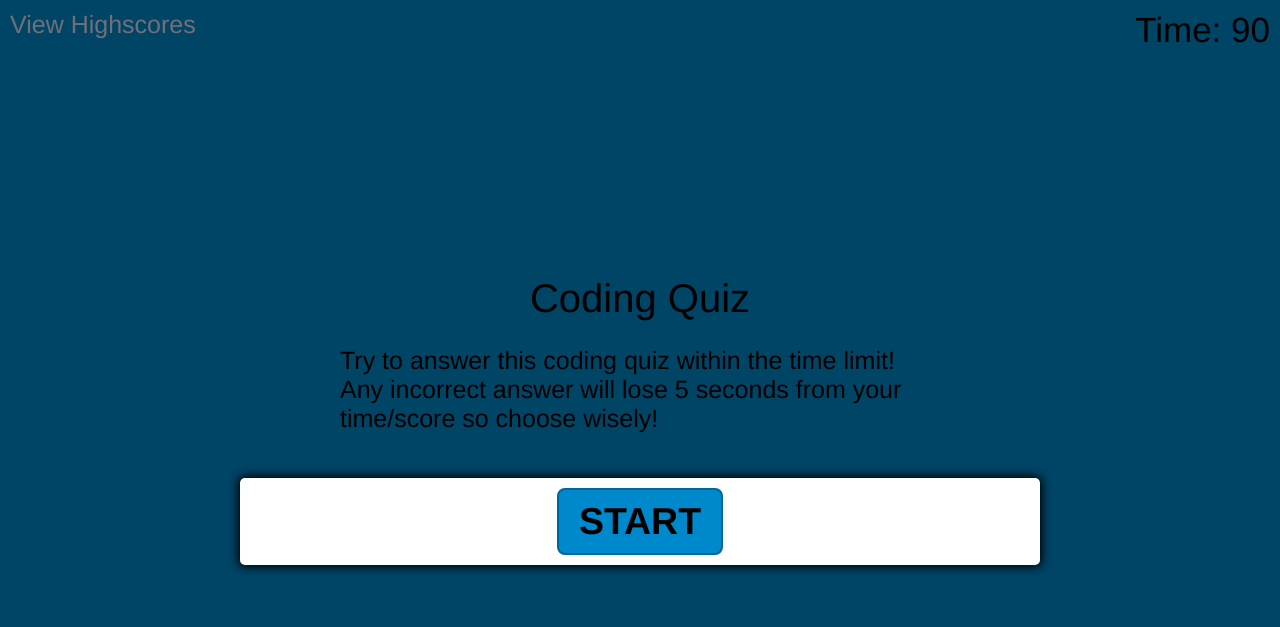
Repository: Vshepard879/Code-Quiz
Page: index.html
The author's editor kept a copy of each file at every save. The page is drawn from the files as they stood at one save, then again after the next save.
The browser window is 1280 px wide. The pictures show the whole page.

Above is the page before, as saved 2022-03-20 13:10:11.

After the next save:
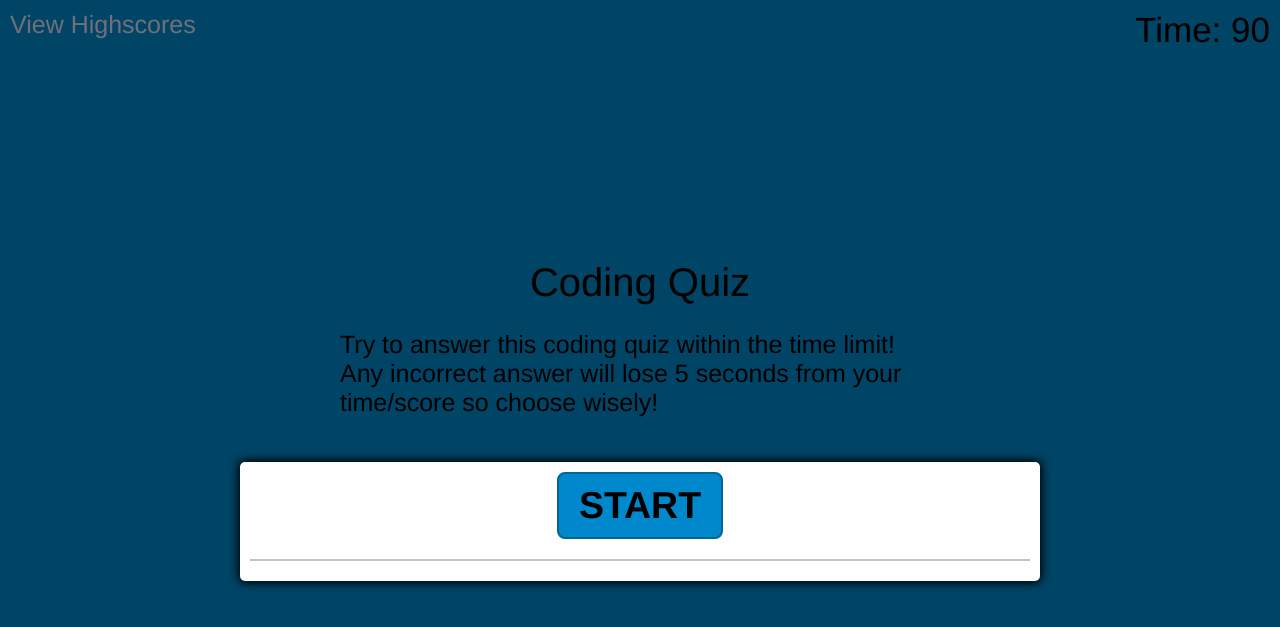
Saved 51 s later.
--- a/assets/css/style.css
+++ b/assets/css/style.css
@@ -37,13 +37,13 @@
     background-color:hsl(var(--hue), 100%, 20%);
 }
 
- .answer-response {/*
+ .answer-response {
     font-style: italic;
     font-size: 120%;
     margin-top: 20px;
     padding-top: 10px;
     color: gray;
-    border-top: 2px solid rgb(201, 193, 193);*/
+    border-top: 2px solid rgb(201, 193, 193);
 }
 
 .hide {

After the save that followed:
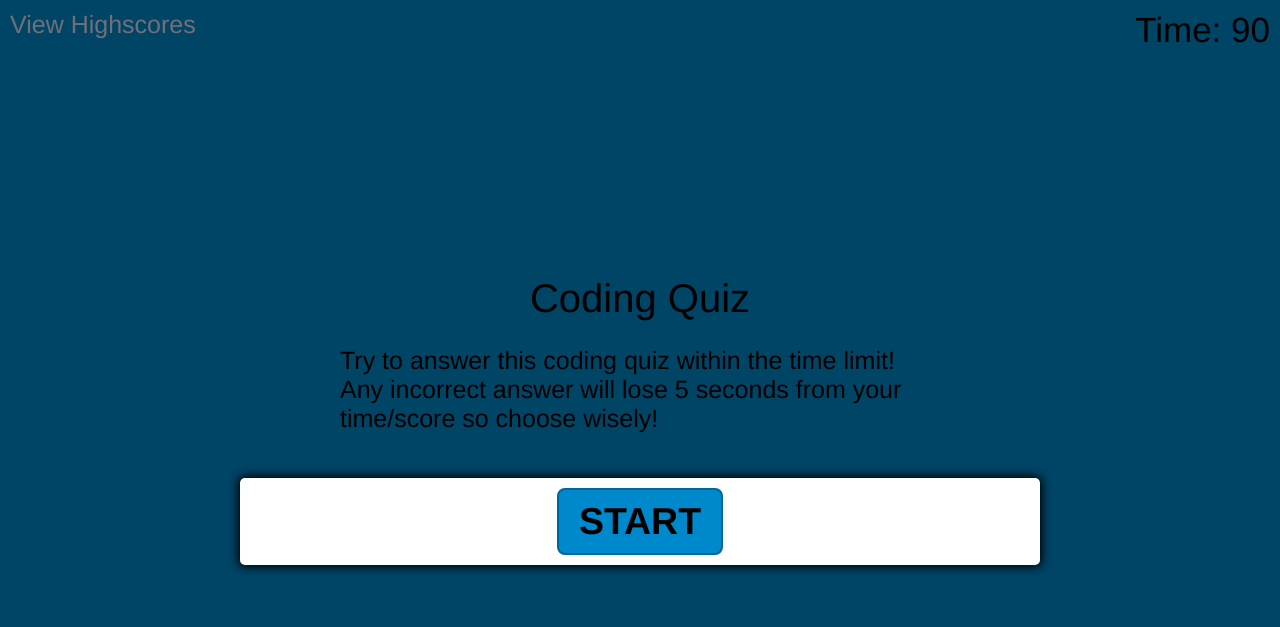
Saved 62 s later.
--- a/assets/css/style.css
+++ b/assets/css/style.css
@@ -38,12 +38,12 @@
 }
 
  .answer-response {
-    font-style: italic;
+    /*font-style: italic;
     font-size: 120%;
     margin-top: 20px;
     padding-top: 10px;
     color: gray;
-    border-top: 2px solid rgb(201, 193, 193);
+    border-top: 2px solid rgb(201, 193, 193);*/
 }
 
 .hide {
